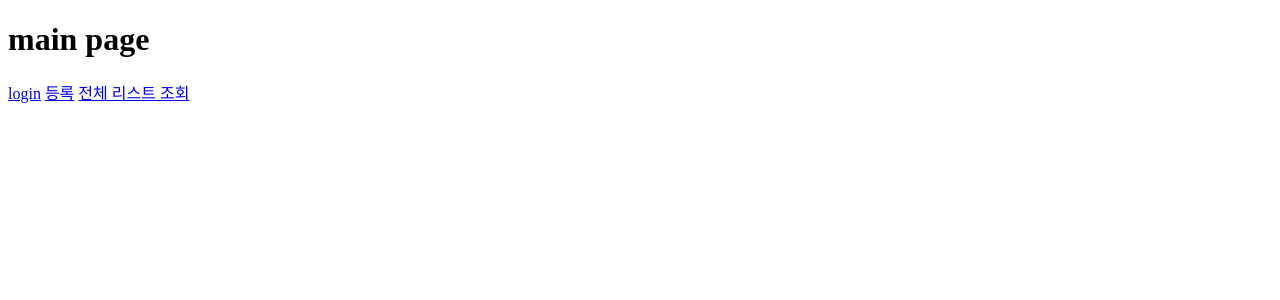
Repository: nojong99/kosta
Page: 32_MVCModel2/src/main/webapp/main.html
An editor plug-in stored every save of this project. The page is shown before and after the next save, followed by the edit.
The browser window is 1280 px wide. The pictures show the whole page.

Above is the page before, as saved 2026-09-23 04:31:27.

### 32_MVCModel2/src/main/webapp/main.html
<!DOCTYPE html>
<html>
<head>
<meta charset="UTF-8">
<title>Insert title here</title>
</head>
<body>
	<h1>main page</h1>
	<a href="controller?cmd=loginUI">login</a>
	<a href="controller?cmd=addCustomerUI">등록</a>
	<a href="controller?cmd=customersUI">전체 리스트 조회</a>
</body>
</html>

After the next save:
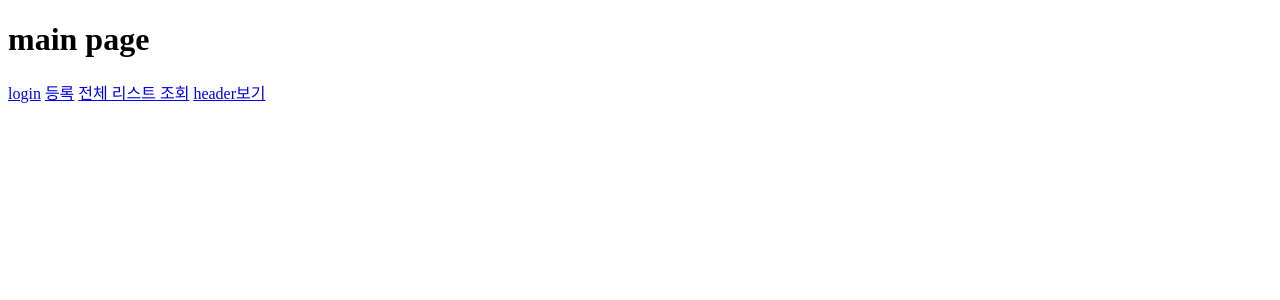
Saved 97 s later.
--- a/32_MVCModel2/src/main/webapp/main.html
+++ b/32_MVCModel2/src/main/webapp/main.html
@@ -9,5 +9,6 @@
 	<a href="controller?cmd=loginUI">login</a>
 	<a href="controller?cmd=addCustomerUI">등록</a>
 	<a href="controller?cmd=customersUI">전체 리스트 조회</a>
+	<a href="view/header.jsp">header보기</a>
 </body>
 </html>
